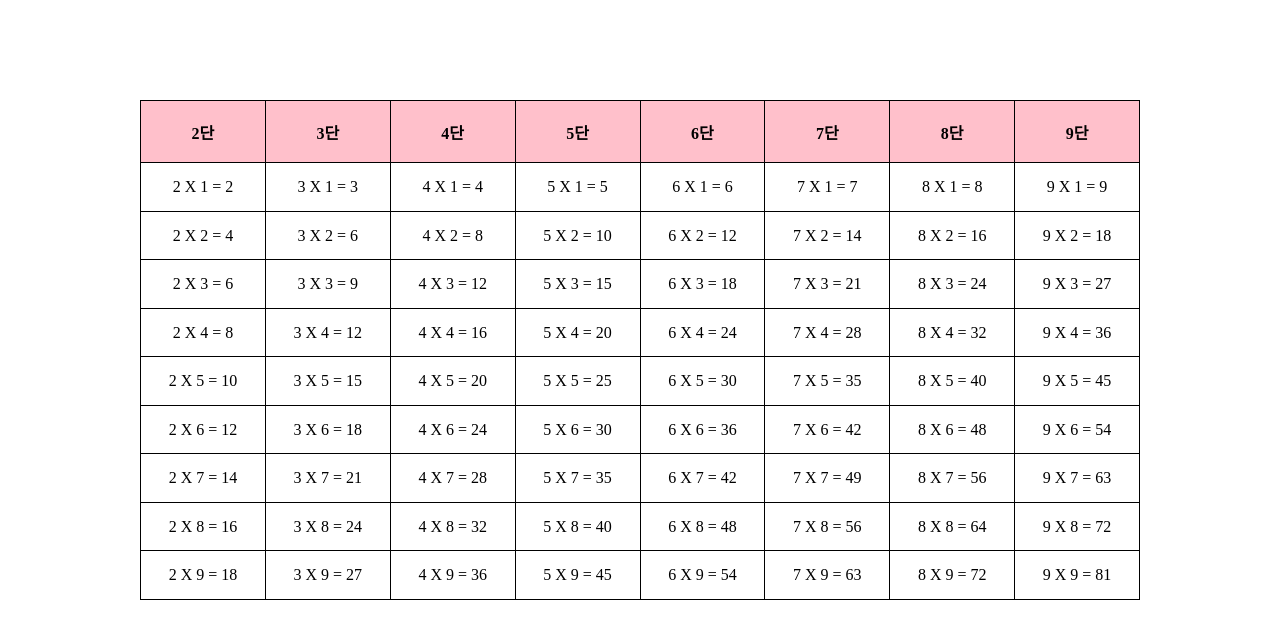
Repository: song-bean/Web_song
Page: 03_JavaScript/src/main/webapp/01_basic/Ex13_송나영.html
An editor plug-in stored every save of this project. The page is shown before and after the next save, followed by the edit.
The browser window is 1280 px wide. The pictures show the whole page.

Above is the page before, as saved 2023-02-27 00:24:17.

After the next save:
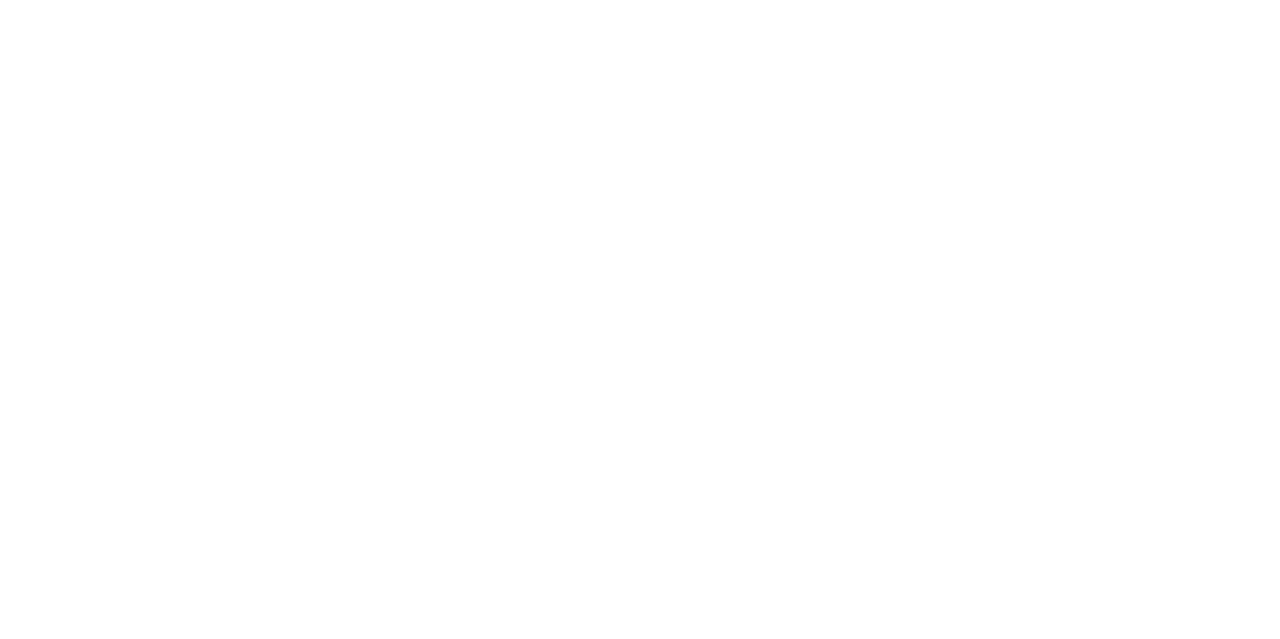
Console error: SyntaxError: missing ) after argument list
Saved 12 s later.
--- a/03_JavaScript/src/main/webapp/01_basic/Ex13_송나영.html
+++ b/03_JavaScript/src/main/webapp/01_basic/Ex13_송나영.html
@@ -22,7 +22,7 @@
 </style>
 <script type="text/javascript">
 
-	document.write("<table>");
+	document.write("<table border="1">");
 
 	document.write("<tr>");
 	for(i=2;i<10;i++) {

After the save that followed:
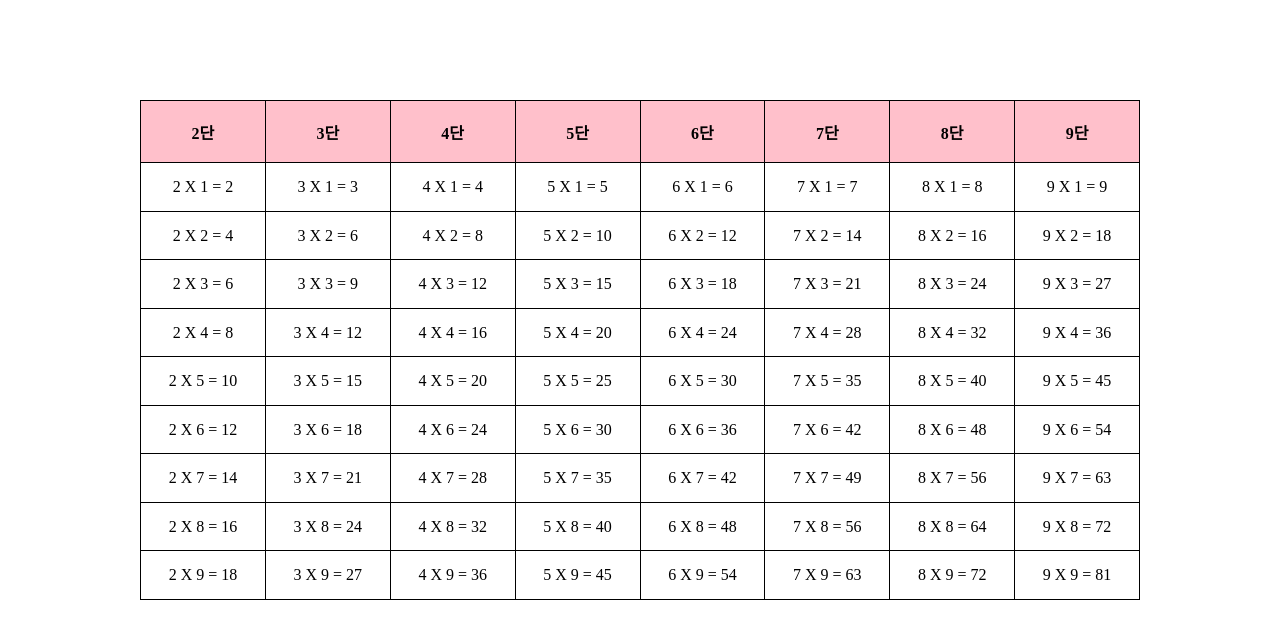
The error is gone.
Saved 10 s later.
--- a/03_JavaScript/src/main/webapp/01_basic/Ex13_송나영.html
+++ b/03_JavaScript/src/main/webapp/01_basic/Ex13_송나영.html
@@ -22,7 +22,7 @@
 </style>
 <script type="text/javascript">
 
-	document.write("<table border="1">");
+	document.write("<table border='1'>");
 
 	document.write("<tr>");
 	for(i=2;i<10;i++) {
